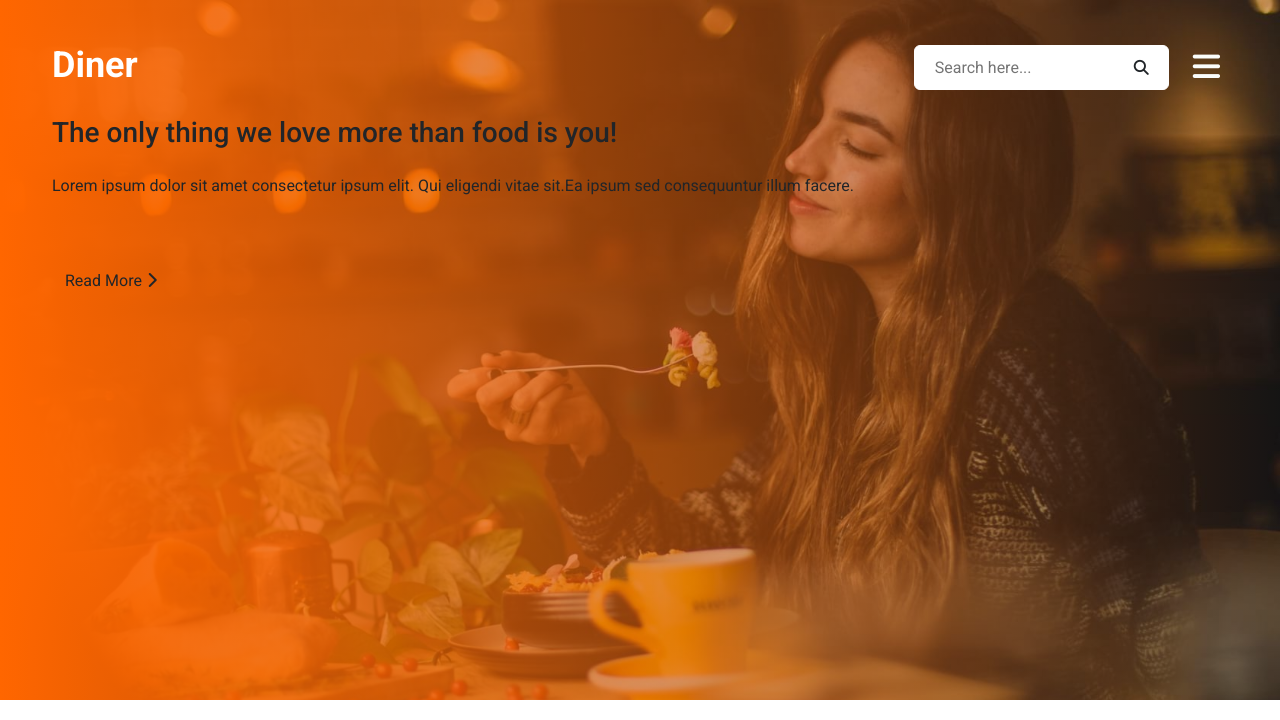
Repository: minhtrivu6199/Diner
Page: index.html
An editor plug-in stored every save of this project. The page is shown before and after the next save, followed by the edit.
The browser window is 1280 px wide. The pictures show the whole page.
The style sheet was rebuilt from its Sass, Less or Tailwind sources for each picture, by a compiler version that may differ from the author's.

Above is the page before, as saved 2022-10-10 14:33:21.

### index.html
<!DOCTYPE html>
<html lang="en">
  <head>
    <title>Title</title>
    <!-- Required meta tags -->
    <meta charset="utf-8" />
    <meta
      name="viewport"
      content="width=device-width, initial-scale=1, shrink-to-fit=no"
    />
    <!-- FontAwesome 6.2.0 CSS -->
    <link
      rel="stylesheet"
      href="https://cdnjs.cloudflare.com/ajax/libs/font-awesome/6.2.0/css/all.min.css"
      integrity="sha512-xh6O/CkQoPOWDdYTDqeRdPCVd1SpvCA9XXcUnZS2FmJNp1coAFzvtCN9BmamE+4aHK8yyUHUSCcJHgXloTyT2A=="
      crossorigin="anonymous"
      referrerpolicy="no-referrer"
    />

    <!-- Font -->
    <link rel="preconnect" href="https://fonts.googleapis.com" />
    <link rel="preconnect" href="https://fonts.gstatic.com" crossorigin />
    <link
      href="https://fonts.googleapis.com/css2?family=Roboto:wght@100;300;400;500;700;900&display=swap"
      rel="stylesheet"
    />

    <!-- Bootstrap CSS v5.2.1 -->
    <link
      href="https://cdn.jsdelivr.net/npm/bootstrap@5.2.1/dist/css/bootstrap.min.css"
      rel="stylesheet"
      integrity="sha384-iYQeCzEYFbKjA/T2uDLTpkwGzCiq6soy8tYaI1GyVh/UjpbCx/TYkiZhlZB6+fzT"
      crossorigin="anonymous"
    />
    <!-- CSS -->
    <link rel="stylesheet" href="./css/style.min.css" />
  </head>

  <body>
    <section class="header-banner">
      <div class="container">
        <div class="banner-header">
          <div class="banner-logo">
            <h1>
              <a href="" class="logo-brand">Diner</a>
            </h1>
          </div>
          <div class="banner-right-content">
            <div class="search-bar">
              <form class="search position-relative">
                <input
                  type="search"
                  class="search-input"
                  placeholder="Search here..."
                />
                <span class="fa fa-search search-icon"></span>
              </form>
            </div>
            <div class="menu text-center">
              <div class="mobile-position">
                <nav class="navigation">
                  <!-- <div class="theme-switch-wrapper">
                    <label for="checkbox" class="theme-switch">
                      <input type="checkbox" id="checkbox" />
                      <div class="mode-container">
                        <i class="fa fa-sun"></i>
                        <i class="fa fa-moon"></i>
                      </div>
                    </label>
                  </div> -->
                </nav>
              </div>
              <div class="mobile-nav-button text-center">
                <button id="trigger-overlay" type="button">
                  <i class="fa fa-bars" aria-hidden="true"></i>
                </button>
              </div>
            </div>
          </div>
          <div class="overlay overlay-scale">
            <button type="button" class="overlay-close">
              <i class="fa fa-times" aria-hidden="true"></i>
            </button>

            <nav>
              <ul>
                <li><a href="index.html" class="active">Home</a></li>
                <li><a href="about.html">About</a></li>
                <li><a href="services.html">Services</a></li>
                <li><a href="blog.html">Blog</a></li>
                <li><a href="error.html">404</a></li>
                <li><a href="">Landing Page</a></li>
                <li><a href="contact.html">Contact</a></li>
                <li><a href="">Shot Codes</a></li>
                <li><a href="">Email</a></li>
              </ul>
            </nav>
          </div>
        </div>
        <div class="banner-info">
          <h3 class="mb-4">The only thing we love more than food is you!</h3>
          <div class="separator"></div>
          <p class="pr-lg-5 mt-md-4 mt-3">
            Lorem ipsum dolor sit amet consectetur ipsum elit. Qui eligendi
            vitae sit.Ea ipsum sed consequuntur illum facere.
          </p>
          <a class="btn btn-white mt-sm-5 mt-4 mr-2" href="about.html">
            Read More
            <span class="fa fa-chevron-right ml-2" aria-hidden="true"></span>
          </a>
        </div>
      </div>
    </section>
    <!-- Bootstrap JavaScript Libraries -->
    <script
      src="https://cdn.jsdelivr.net/npm/@popperjs/core@2.11.6/dist/umd/popper.min.js"
      integrity="sha384-oBqDVmMz9ATKxIep9tiCxS/Z9fNfEXiDAYTujMAeBAsjFuCZSmKbSSUnQlmh/jp3"
      crossorigin="anonymous"
    ></script>

    <script
      src="https://cdn.jsdelivr.net/npm/bootstrap@5.2.1/dist/js/bootstrap.min.js"
      integrity="sha384-7VPbUDkoPSGFnVtYi0QogXtr74QeVeeIs99Qfg5YCF+TidwNdjvaKZX19NZ/e6oz"
      crossorigin="anonymous"
    ></script>

    <!-- JS -->
    <script src="./js/modernizr-2.6.2.min.js"></script>
    <script src="./js/classie.js"></script>
    <script src="./js/main.js"></script>
  </body>
</html>

### js/classie.js
/*!
 * classie - class helper functions
 * from bonzo https://github.com/ded/bonzo
 *
 * classie.has( elem, 'my-class' ) -> true/false
 * classie.add( elem, 'my-new-class' )
 * classie.remove( elem, 'my-unwanted-class' )
 * classie.toggle( elem, 'my-class' )
 */

/*jshint browser: true, strict: true, undef: true */
/*global define: false */

(function (window) {
  "use strict";

  // class helper functions from bonzo https://github.com/ded/bonzo

  function classReg(className) {
    return new RegExp("(^|\\s+)" + className + "(\\s+|$)");
  }

  // classList support for class management
  // altho to be fair, the api sucks because it won't accept multiple classes at once
  var hasClass, addClass, removeClass;

  if ("classList" in document.documentElement) {
    hasClass = function (elem, c) {
      return elem.classList.contains(c);
    };
    addClass = function (elem, c) {
      elem.classList.add(c);
    };
    removeClass = function (elem, c) {
      elem.classList.remove(c);
    };
  } else {
    hasClass = function (elem, c) {
      return classReg(c).test(elem.className);
    };
    addClass = function (elem, c) {
      if (!hasClass(elem, c)) {
        elem.className = elem.className + " " + c;
      }
    };
    removeClass = function (elem, c) {
      elem.className = elem.className.replace(classReg(c), " ");
    };
  }

  function toggleClass(elem, c) {
    var fn = hasClass(elem, c) ? removeClass : addClass;
    fn(elem, c);
  }

  var classie = {
    // full names
    hasClass: hasClass,
    addClass: addClass,
    removeClass: removeClass,
    toggleClass: toggleClass,
    // short names
    has: hasClass,
    add: addClass,
    remove: removeClass,
    toggle: toggleClass,
  };

  // transport
  if (typeof define === "function" && define.amd) {
    // AMD
    define(classie);
  } else {
    // browser global
    window.classie = classie;
  }
})(window);

### js/main.js
(function () {
  var container = document.querySelector("div.container"),
    triggerBttn = document.getElementById("trigger-overlay"),
    overlay = document.querySelector("div.overlay"),
    closeBttn = overlay.querySelector("button.overlay-close");
  (transEndEventNames = {
    WebkitTransition: "webkitTransitionEnd",
    MozTransition: "transitionend",
    OTransition: "oTransitionEnd",
    msTransition: "MSTransitionEnd",
    transition: "transitionend",
  }),
    (transEndEventName = transEndEventNames[Modernizr.prefixed("transition")]),
    (support = { transitions: Modernizr.csstransitions });

  function toggleOverlay() {
    if (classie.has(overlay, "open")) {
      classie.remove(overlay, "open");
      classie.remove(container, "overlay-open");
      classie.add(overlay, "close");
      var onEndTransitionFn = function (ev) {
        if (support.transitions) {
          if (ev.propertyName !== "visibility") return;
          this.removeEventListener(transEndEventName, onEndTransitionFn);
        }
        classie.remove(overlay, "close");
      };
      if (support.transitions) {
        overlay.addEventListener(transEndEventName, onEndTransitionFn);
      } else {
        onEndTransitionFn();
      }
    } else if (!classie.has(overlay, "close")) {
      classie.add(overlay, "open");
      classie.add(container, "overlay-open");
    }
  }

  triggerBttn.addEventListener("click", toggleOverlay);
  closeBttn.addEventListener("click", toggleOverlay);
})();

### scss/style.scss
@import "./base/variables";
@import "./pages/components/menu";

html,
body {
  font-family: "Roboto", sans-serif;
}
a {
  // color: $orange;
  text-decoration: none;
  background-color: transparent;
}

.header-banner {
  background-image: linear-gradient(to right, $orange, hsl(30deg 100% 1% / 20%)),
    url(../img/banner1.jpg);
  background-size: cover;
  background-position: initial;
  background-repeat: no-repeat;
  background-attachment: fixed;
  min-height: 700px;
  .container {
    max-width: 1200px;
    .banner-header {
      display: flex;
      justify-content: space-between;
      align-items: center;
      padding: 40px 0 20px 0;
      .banner-logo {
        .logo-brand {
          font-size: 36px;
          font-weight: 700;
          color: $white;
        }
      }

      .banner-right-content {
        display: flex;
        justify-content: center;
        align-items: center;
        .search-bar {
          display: flex;
          .search {
            .search-input {
              // display: flex;
              // flex: 1;
              padding: 10px 50px 10px 20px;
              height: 45px;
              font-size: 16px;
              color: rgba(22, 28, 45, 0.7);
              font-weight: 400;
              border-radius: 6px;
              position: relative;
              right: 0;
              background: $white;
              outline: 0;
              border: 1px solid $white;
            }
            .search-icon {
              position: absolute;
              right: 20px;
              font-size: 15px;
              cursor: pointer;
              top: 15px;
            }
          }
        }

        .menu {
          display: flex;
          justify-content: center;
          align-items: center;
          .mobile-nav-button {
            margin-left: 1rem;
          }
        }
      }
    }

    .banner-info {
    }
  }
}

### scss/base/_variables.scss
// Color
$blue: #007bff;
$indigo: #6610f2;
$purple: #6f42c1;
$pink: #e83e8c;
$red: #dc3545;
$orange: #ff6600;
$yellow: #ffc107;
$green: #28a745;
$teal: #20c997;
$cyan: #17a2b8;
$white: #fff;
$gray: #6c757d;
$gray-dark: #343a40;
$light-orange: #f8b195;
$success: #28a745;
$info: #17a2b8;
$warning: #ffc107;
$danger: #dc3545;
$light: #f8f9fa;
$dark: #343a40;


*, ::after, ::before {
    margin: 0;
    padding: 0;
    box-sizing: border-box;
}

### scss/pages/components/_menu.scss
@import '../../base/variables';
.overlay {
	position: fixed;
	width: 100%;
	height: 100%;
	top: 0;
	left: 0;
	background: rgb(6 3 0 / 77%);
}

/* Overlay closing cross */
.overlay .overlay-close {
    width: 40px;
    height: 40px;
    position: absolute;
    right: 40px;
    top: 40px;
    overflow: hidden;
    border: none;
    background: $orange;
    color: #fff;
    border-radius: 6px;
}

button#trigger-overlay {
	outline: none;
	border: none;
	background: none;
	text-align: center;
	color: #fbfdfb;
	font-size: 1.95em;
	padding: 0 8px;
}

/* Menu style */
.overlay nav {
	text-align: center;
	position: relative;
	top: 50%;
	height: 60%;
	-webkit-transform: translateY(-50%);
	transform: translateY(-50%);
}
.overlay ul {
	list-style: none;
	padding: 0;
	margin: 0 auto;
	display: inline-block;
	height: 100%;
	position: relative;
}
.overlay ul li {
	display: block;
	-webkit-backface-visibility: hidden;
	backface-visibility: hidden;
    line-height:3em;
}
.overlay ul li a {
	font-size: 20px;
	font-weight: 600;
	display: block;
	color: #fff;
	-webkit-transition: color 0.2s;
	transition: color 0.2s;
}

.overlay ul li a:hover,
.overlay ul li a:focus {
	color: $orange;
}

/* Effects */
.overlay-scale {
	visibility: hidden;
	opacity: 0;
	-webkit-transform: scale(0.9);
	transform: scale(0.9);
	-webkit-transition: -webkit-transform 0.2s, opacity 0.2s, visibility 0s 0.2s;
	transition: transform 0.2s, opacity 0.2s, visibility 0s 0.2s;
}

.overlay-scale.open {
	visibility: visible;
	opacity: 1;
	-webkit-transform: scale(1);
	transform: scale(1);
	-webkit-transition: -webkit-transform 0.4s, opacity 0.4s;
	transition: transform 0.4s, opacity 0.4s;
}

@media screen and (max-height: 30.5em) {
	.overlay nav {
		height: 70%;
		font-size: 34px;
	}

	.overlay ul li {
		min-height: 34px;
	}
}
@media (max-width:767px) {
	.overlay ul li a {
		font-size: 16px;
	}
	.overlay ul li {
		line-height: 2.5em;
	}
}
@media (max-width:600px) {
	.overlay ul li a {
		font-size: 16px;
	}
	.overlay ul li {
		line-height: 2.2em;
	}
}

Loaded but not shown: js/modernizr-2.6.2.min.js (library)

After the next save:
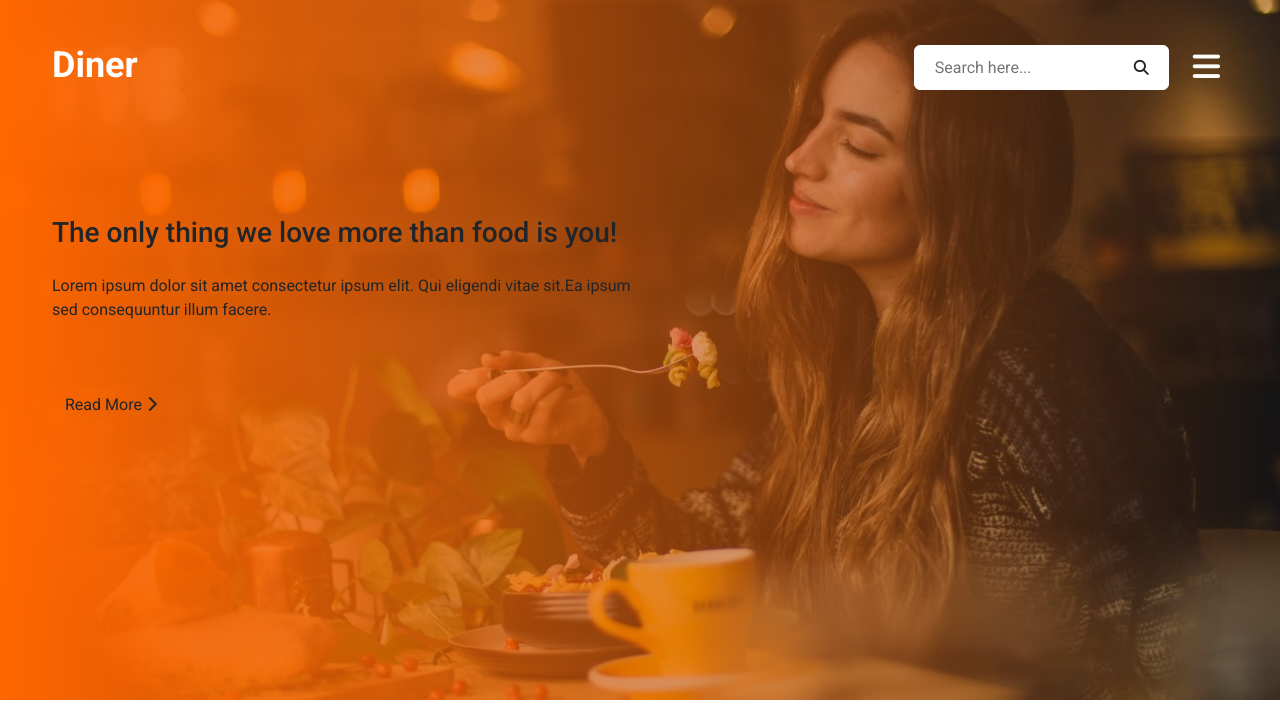
Saved 117 s later.
--- a/scss/style.scss
+++ b/scss/style.scss
@@ -78,6 +78,9 @@ a {
     }
 
     .banner-info {
+        max-width: 600px;
+        text-align: left;
+        margin-top: 100px;
     }
   }
 }
